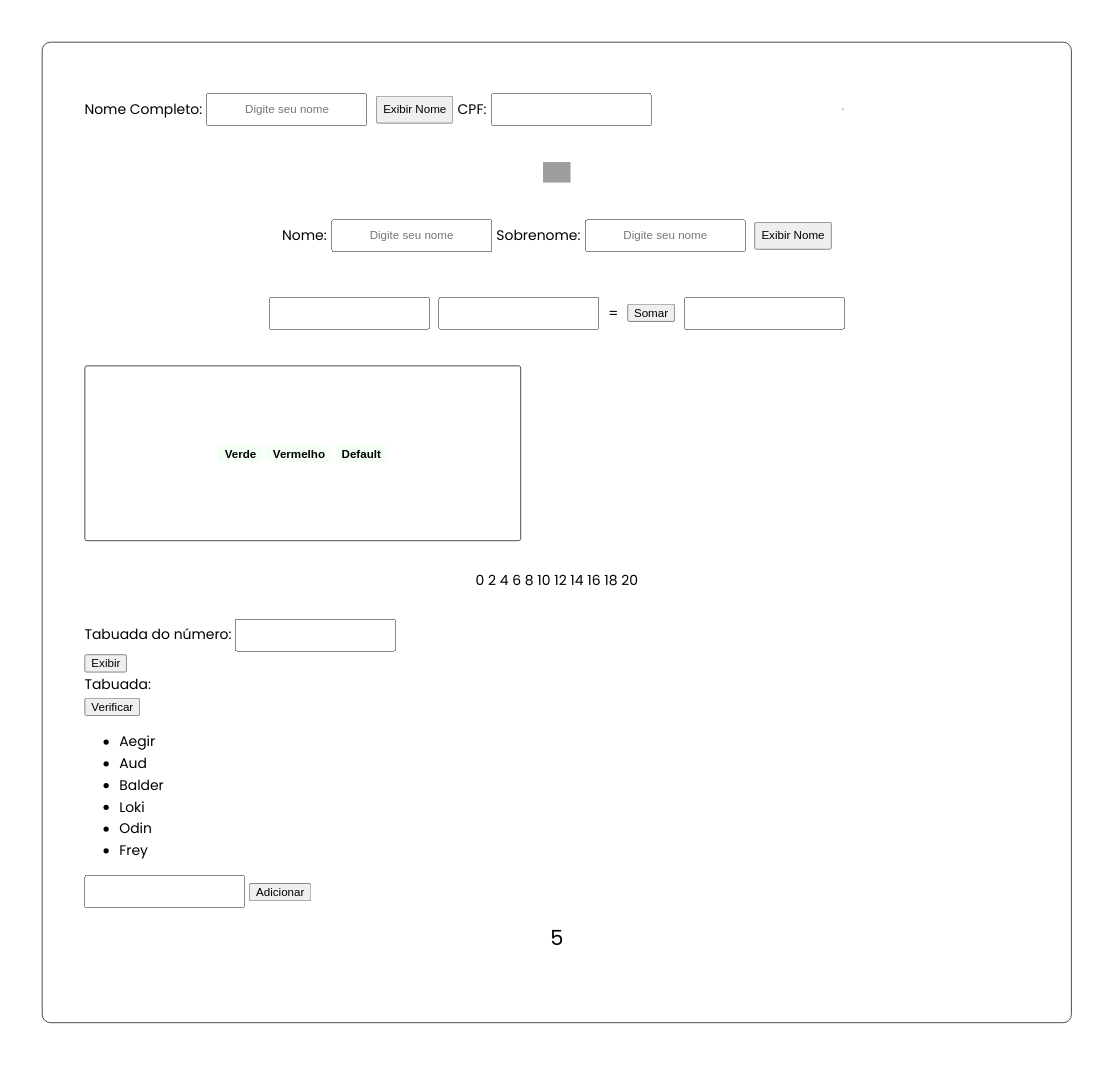
Repository: guilhermecardoso93/exerciciosjs
Page: index.html
The author's editor kept a copy of each file at every save. The page is drawn from the files as they stood at one save, then again after the next save.
The browser window is 1280 px wide. The pictures show the whole page, at 87% of full size.
Pictures or frames that could not be fetched are drawn as grey boxes.

Above is the page before, as saved 2023-05-21 17:26:54.

After the next save:
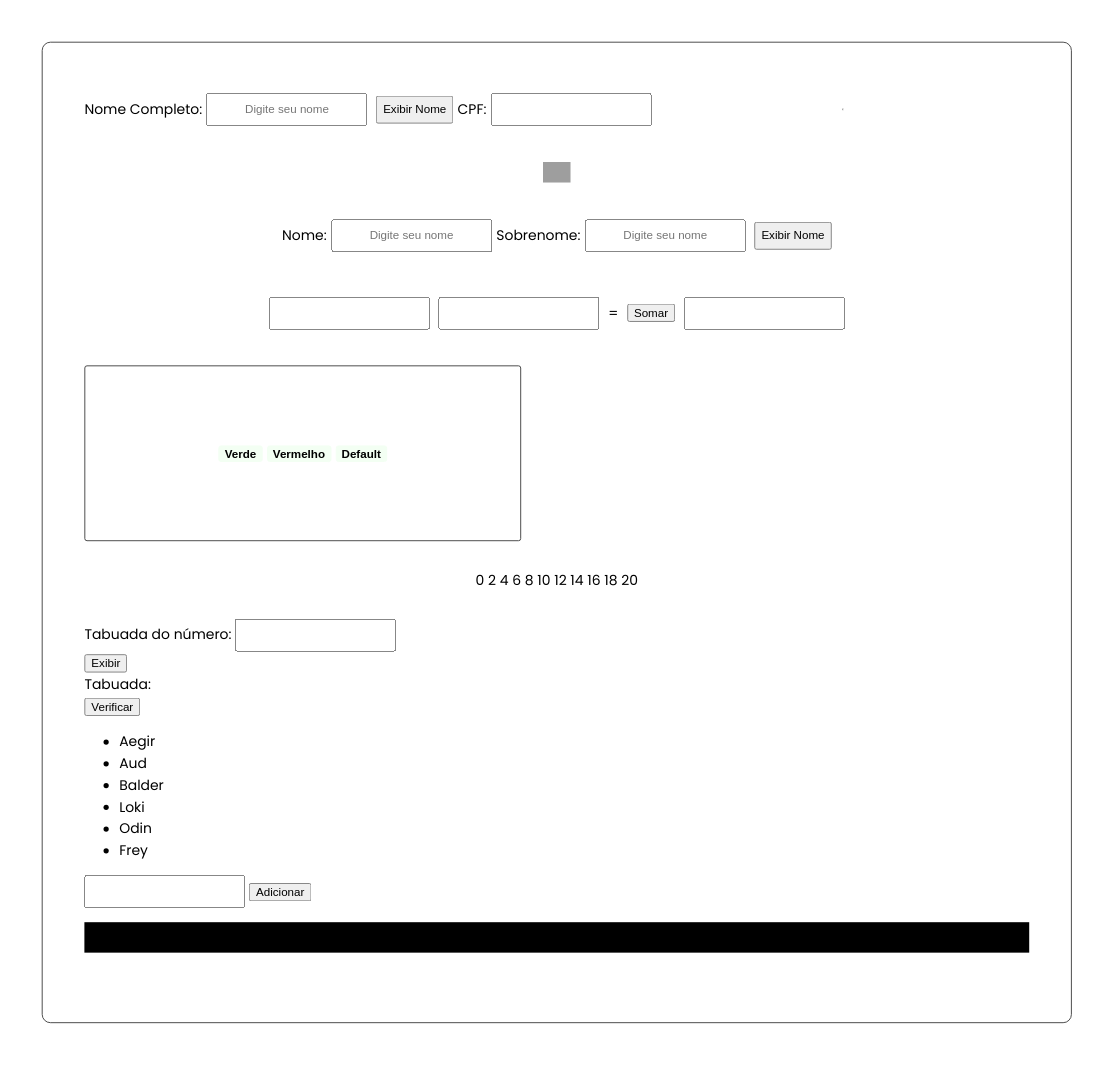
Saved 20 s later.
--- a/styles.css
+++ b/styles.css
@@ -59,4 +59,5 @@ div {
 #contador {
   font-size: 24px;
   color: black;
+  background: black;
 }
